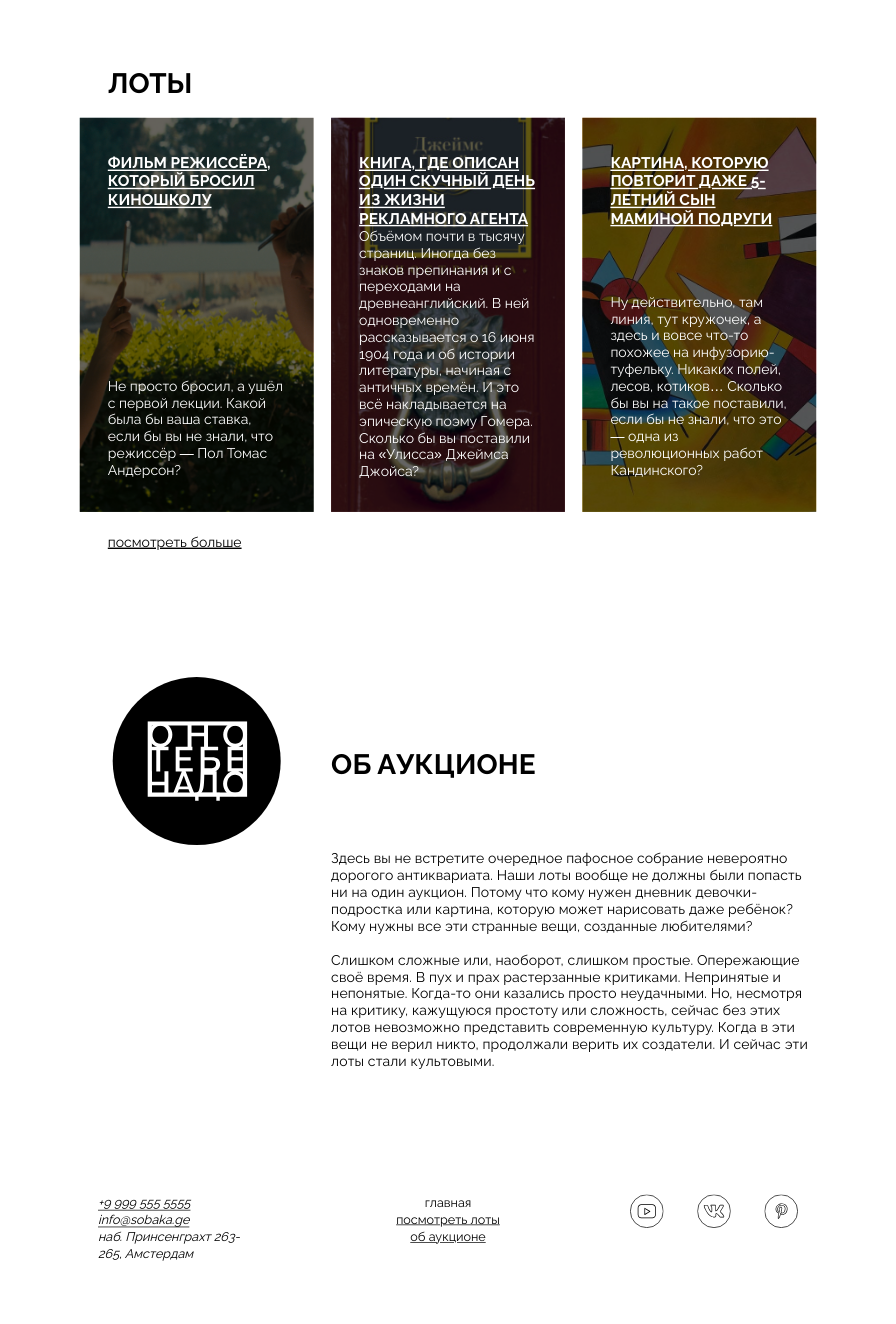
Repository: Smoyki/ono-tebe-nado
Page: index.html
These files come from the project's save history. The page is drawn as it stood at one moment and after a run of saves; the edit follows.
The browser window is 1280 px wide. The pictures show the part of the page from y = 1135 to 3055 px (the page is 3027 px tall before and 3055 px after), at 70% of full size.

Above is the page before, as saved 2024-04-18 15:50:12.

### index.html
<!DOCTYPE html>
<html lang="ru">
  <head>
    <meta charset="UTF-8" />
    <meta http-equiv="X-UA-Compatible" content="IE=edge" />
    <meta name="viewport" content="width=device-width, initial-scale=1.0" />
    <title>Оно тебе надо — аукцион вещей, в которые никто не верил!</title>
    <link rel="stylesheet" href="./fonts/fonts.css" />
    <link rel="stylesheet" href="./styles/global.css" />
    <link rel="stylesheet" href="./styles/style.css" />
  </head>
  <body>
    <div class="wrapper">
      <header class="header">
        <nav class="header__menu">
          <ul class="header__links-list">
            <li class="header__links-list-item_no-bullit">
              <a class="header__link header__link_active" href="#">главная</a>
            </li>
            <li class="header__links-list-item">
              <a class="header__link header__link_active" href="#"
                >посмотреть лоты</a
              >
            </li>
            <li class="header__links-list-item">
              <a class="header__link header__link_active" href="#"
                >об аукционе</a
              >
            </li>
          </ul>
        </nav>
        <a class="header__logo"
          ><img
            alt="Логотип"
            class="header__logo-image"
            src="./images/logo-black.svg"
        /></a>
        <address class="address header__address">
          <a class="address__item" href="tel:+99995555555">+9 999 555 5555</a>
          <a class="address__item" href="mailto:info@sobaka.ge"
            >info@sobaka.ge</a
          >
          <p class="address__address-text">
            наб. Принсенграхт 263-<br />265, Амстердам
          </p>
        </address>
      </header>
      <main class="main_sections">
        <section class="cover content-section">
          <div class="overlay"></div>
          <h1 class="cover__title">
            <span class="aligned-text"
              >о<span class="letter-spacing-extended">но</span></span
            >
            <span class="aligned-text aligned-text_center"
              >те<span class="letter-spacing-extended">бе</span></span
            >
            <span class="aligned-text aligned-text_right"
              ><span class="letter-spacing-extended">н</span>ад<span
                class="remove-spacing"
                >о</span
              ></span
            >
          </h1>
          <div class="cover__description">
            <p class="cover__description-text">
              Аукцион вещей, в которые никто не верил
            </p>
            <button class="bet-button">Сделать ставку</button>
          </div>
        </section>
        <section class="lots">
          <h2 class="lots__heading">Лоты</h2>
          <ul class="lots__card-list">
            <li class="lots__card-list-item">
              <a class="card-link" href="#0">
                <article class="card card_type_film">
                  <div class="overlay">
                    <h3 class="card__title">
                      Фильм режиссёра, который бросил киношколу
                    </h3>
                    <p class="card__text">
                      Не просто бросил, а ушёл с первой лекции. Какой была бы
                      ваша ставка, если бы вы не знали, что режиссёр — Пол Томас
                      Андерсон?
                    </p>
                  </div>
                </article>
              </a>
            </li>
            <li class="lots__card-list-item">
              <a class="card-link" href="#0">
                <article class="card card_type_book">
                  <div class="overlay">
                    <h3 class="card__title">
                      Книга, где описан один скучный день из жизни рекламного
                      агента
                    </h3>
                    <p class="card__text">
                      Объёмом почти в тысячу страниц. Иногда без знаков
                      препинания и с переходами на древнеанглийский. В ней
                      одновременно рассказывается о 16 июня 1904 года и об
                      истории литературы, начиная с античных времён. И это всё
                      накладывается на эпическую поэму Гомера. Сколько бы вы
                      поставили на «Улисса» Джеймса Джойса?
                    </p>
                  </div>
                </article>
              </a>
            </li>
            <li class="lots__card-list-item">
              <a class="card-link" href="#0">
                <article class="card card_type_picture">
                  <div class="overlay">
                    <h3 class="card__title">
                      Картина, которую повторит даже 5-летний сын маминой
                      подруги
                    </h3>
                    <p class="card__text">
                      Ну действительно, там линия, тут кружочек, а здесь и вовсе
                      что-то похожее на инфузорию-туфельку. Никаких полей,
                      лесов, котиков… Сколько бы вы на такое поставили, если бы
                      не знали, что это — одна из революционных работ
                      Кандинского?
                    </p>
                  </div>
                </article>
              </a>
            </li>
          </ul>
          <a class="lots__look-more-link text-link" href="#0"
            >посмотреть больше</a
          >
        </section>
        <section class="about content-section">
          <div class="logo__container">
            <div class="about__logo">
              <img
                class="about__logo-image"
                src="./images/logo-white.svg"
                alt="Логотип проекта"
              />
            </div>
          </div>
          <div class="second__column__text">
            <div class="about__column_text">
              <h2 class="about__title">Об аукционе</h2>
              <div class="about__text">
                <p>
                  Здесь вы не встретите очередное пафосное собрание невероятно
                  дорогого антиквариата. Наши лоты вообще не должны были попасть
                  ни на один аукцион. Потому что кому нужен дневник
                  девочки-подростка или картина, которую может нарисовать даже
                  ребёнок? Кому нужны все эти странные вещи, созданные
                  любителями?
                </p>
                <p>
                  Слишком сложные или, наоборот, слишком простые. Опережающие
                  своё время. В пух и прах растерзанные критиками. Непринятые и
                  непонятые. Когда-то они казались просто неудачными. Но,
                  несмотря на критику, кажущуюся простоту или сложность, сейчас
                  без этих лотов невозможно представить современную культуру.
                  Когда в эти вещи не верил никто, продолжали верить их
                  создатели. И сейчас эти лоты стали культовыми.
                </p>
              </div>
            </div>
          </div>
        </section>
      </main>
      <footer class="footer">
        <address class="address_footer">
          <a class="address__item" href="tel:+99995555555">+9 999 555 5555</a>
          <a class="address__item" href="mailto:info@sobaka.ge"
            >info@sobaka.ge</a
          >
          <p class="foother_address__address-text">
            наб. Принсенграхт 263-<br />265, Амстердам
          </p>
        </address>
        <ul class="footer__menu-list">
          <li class="footer__menu-list-item">
            <a class="footer__menu-link active" href="#">главная</a>
          </li>
          <li class="footer__menu-list-item">
            <a class="footer__menu-link" href="#">посмотреть лоты</a>
          </li>
          <li class="footer__menu-list-item">
            <a class="footer__menu-link" href="#">об аукционе</a>
          </li>
        </ul>
        <ul class="footer__social-list">
          <li class="footer__social-list-item">
            <a class="footer__social-link" href="#"
              ><img
                class="footer__social-icon"
                src="./images/yt.svg"
                alt="Иконка"
            /></a>
          </li>
          <li class="footer__social-list-item">
            <a class="footer__social-link" href="#"
              ><img
                class="footer__social-icon"
                src="./images/vk.svg"
                alt="Иконка"
            /></a>
          </li>
          <li class="footer__social-list-item">
            <a class="footer__social-link" href="#"
              ><img
                class="footer__social-icon"
                src="./images/pinterest.svg"
                alt="Иконка"
            /></a>
          </li>
        </ul>
      </footer>
    </div>
  </body>
</html>

### styles/style.css
.main_sections {
  flex-direction: column;
  display: flex;
}

.content-section {
  margin: auto 0;
  width: 100%;
}

.header {
  max-width: 1052px;
  margin: auto;
  padding: 92px 24px 92px 19px;
  display: grid;
  grid-template-columns: 2fr 1fr 2fr;
  justify-content: space-around;
  justify-items: center;
  align-items: center;
}

.header__links-list {
  display: flex;
  flex-direction: row;
  gap: 34px;
  list-style: none;
  font-size: 18px;
  line-height: 21px;
}

.header__menu {
  max-width: 392px;
}

.header__links-list-item {
  list-style: circle;
  text-decoration: underline;
}

.header__links-list-item_no-bullit {
  list-style: none;
}

.header__link {
  font-size: 18px;
  text-decoration:underline;
}

.header__link_active {
  text-decoration:none;
}

.header__logo {
  display:block;
  justify-self: center;
  align-self: center;
  width: fit-content;
  height: fit-content;
}

.header__logo-image {
  width: 148px;
  height: 105px;
  margin: auto;
}

.address {
  max-width: 241px;
  display: flex;
  flex-direction: column;
  font-size: 18px;
  font-style: normal;
  justify-self: end;
  line-height: 135%;
  padding: 0px 38px 0px 0px;
}


.header__address {
  display: flex;
  justify-self: end;
}

.address__item {
  display: flex;
  text-underline-position: under;
}

.cover {
  position: relative;
  padding: 0px 0px 0px 0px;
  background-image: url(../images/cover.jpg);
  background-position:center;
  background-repeat: no-repeat;
  max-width:1100px;
  background-size: cover;
  height: 100%;
  padding: 165px 50px 51px 50px;
}

.overlay {
  position: absolute;
  top: 0;
  left: 0;
  z-index: 1;
  width: 100%;
  height: 100%;
  background: rgba(0, 0, 0, 0.6);
}

.cover__title {
  position: relative;
  z-index: 1;
  line-height: 1.15;
  letter-spacing: 30px;
  text-transform: uppercase;
  display: flex;
  flex-direction: column;
  gap: 20px;
  color: #FFF;
  font-weight: bold;
  font-size: 100px;

}

.aligned-text {
  display: block;
}

.aligned-text_center {
  line-height: 1;
  text-align: center;
}

.aligned-text_right {
  line-height: 1;
  text-align: right;
}

.letter-spacing-extended {
  letter-spacing: 60px;
}

.remove-spacing {
  letter-spacing: normal;
}

.cover__description {
  position: relative;
  z-index: 1;
  display: flex;
  justify-content: flex-end;
  align-items: center;
  gap: 79px;
  padding: 135px 0px 0px 0px;
}

.cover__description-text {
  color: #FFF;
  font-size: 22px;
  line-height: 1.27;
  text-transform: uppercase;
  word-spacing: 18px;
}

.bet-button {
  border: 1px #FFF solid;
  padding: 12px 32px;
  color: #FFF;
  font-family: 'Raleway', sans-serif;
  font-weight: normal;
  font-size: 22px;
  line-height: 26px;
  text-transform: uppercase;
  background-color: transparent;
  cursor: pointer;
}

.bet-button:hover {
  color: #000000;
  background-color: #FFF;
}


.lots {
  padding:179px 24px 146px 24px;
 }

 .lots__heading {
  text-transform: uppercase;
  font-size: 40px;
  padding: 0px 891px 27px 40px;
  line-height: 47px;
  font-weight: 700;
  max-width: 563px;
}

.lots__card-list {
  display: flex;
  gap: 25px;
  list-style: none;
  flex-wrap: wrap;
}

.lots__card-list-item {
  flex-grow:1;
  width: max-content;
}

.card_link {
  display: block;
  height: 100%;
  text-decoration: none;
}

.card {
  display: block;
  position: relative;
  max-width:334px;
  min-height:563px;
  background-repeat: no-repeat;
  background-size: cover;
  background-position: center;
}

.card__title {
  font-size: 22px;
  line-height: 120%;
  text-decoration-line: underline;
  text-transform: uppercase;
  font-family: "Raleway", sans-serif;
  font-style: normal;
  font-weight: 700;
  color: #FFFFFF;
  z-index: 1;
}

.card__text {
  font-family: "Raleway", sans-serif;
  font-style: normal;
  font-weight: 400;
  font-size: 20px;
  line-height: 120%;
  color: #FFFFFF;
  z-index: 1;
}

.card_type_film {
  background-image: url(../images/card-lot-01.jpg);
}

.card_type_book {
  background-image: url(../images/card-lot-02.jpg);

}

.card_type_picture {
  background-image: url(../images/card-lot-03.jpg);
}

.lots .overlay {
  display: flex;
  position: absolute;
  top: 0;
  left: 0;
  z-index: 0;
  width: 100%;
  height: 100%;
  background: rgba(0, 0, 0, 0.6);
  padding: 51px 40px 48px 40px;
  flex-direction: column;
  justify-content: space-between;
  text-align: left;
}

.lots__look-more-link {
  display: block;
  padding: 32px 820px 0px 40px;
  font-style: normal;
  font-weight: 400;
  font-size: 20px;
  line-height: 23px;
  color: rgba(0, 0, 0);
}


/* Тут начало секции about */
.about {
  display:  grid;
  grid-template-columns: 287px auto;
  padding:0px 0px 0px 24px;
  min-height: 595px;
  max-width: 1052px;
  column-gap:72px;
}

.about__column_text {
  padding-top:135px;
  display: flex;
  height: fit-content;
  font-family: "Raleway", sans-serif;
  font-style: normal;
  font-weight: 400;
  font-size: 20px;
  line-height: 24px;
  letter-spacing: 0.01em;
  flex-direction: column;
  gap:100px;
  min-width: 693px;
}

.about__logo {
  display: flex;
  justify-content: center;
  align-items: center;
  border-radius: 50%;
  background-color: #000000;
  width: 240px;
  height: 240px;
}

.logo__container {
  display: block;
  position: relative;
  padding:35px 0px 0px 47px;
  width:fit-content;
  height:fit-content;
}

.about__logo-image {
  width: 148px;
  height: 114px;
}

.about__title {
  /* padding: 3px 0px 100px 0px; */
  font-weight: bold;
  font-size: 40px;
  line-height: 47px;
  text-transform: uppercase;
}

.about__text {
  display: flex;
  flex-direction:column;
  gap: 25px;
}

.about__text p:nth-child(1) {
 letter-spacing: 0.01rem;
}


.footer {
  display: flex;
  justify-content: space-between;
  padding: 179px 50px 88px 50px;
  gap:25px;
}

.footer__social-icon {
  width: 48px;
  height: 48px;
}

.address_footer {
  display: flex;
  flex-direction:column;
  width: 240px;

}

.footer__menu-list {
  display: flex;
  flex-direction: column;
  align-items: center;
  font-size: 18px;
  line-height: 24.3px;
  width: 150px;
  height: fit-content;
}

.foother__links-list {
  display:flex;
  flex-direction:column;
}

.footer__social-list-item {
  list-style: none;
  font-family: "Raleway", sans-serif;
  line-height: 21.13px;
}

.footer__menu-list-item {
  list-style: none;
  font-family: "Raleway", sans-serif;
}

.footer__menu-link.active {
  text-decoration:none;

}

.footer__menu-link {
  font-size: 18px;
  line-height: 21.1px;
  font-family: "Raleway", sans-serif;
}

.footer__social-list {
  display:flex;
  gap: 48px;
  list-style: none;
}

.footer .address__item {
  font-size: 18px;
  line-height: 24.3px;
  font-family: "Raleway", sans-serif;
}

.foother_address__address-text {
  font-size: 18px;
  line-height: 24.3px;
  font-family: "Raleway", sans-serif;
}

Loaded but not shown: fonts/fonts.css (common file); styles/global.css (common file)

After the next 3 saves:
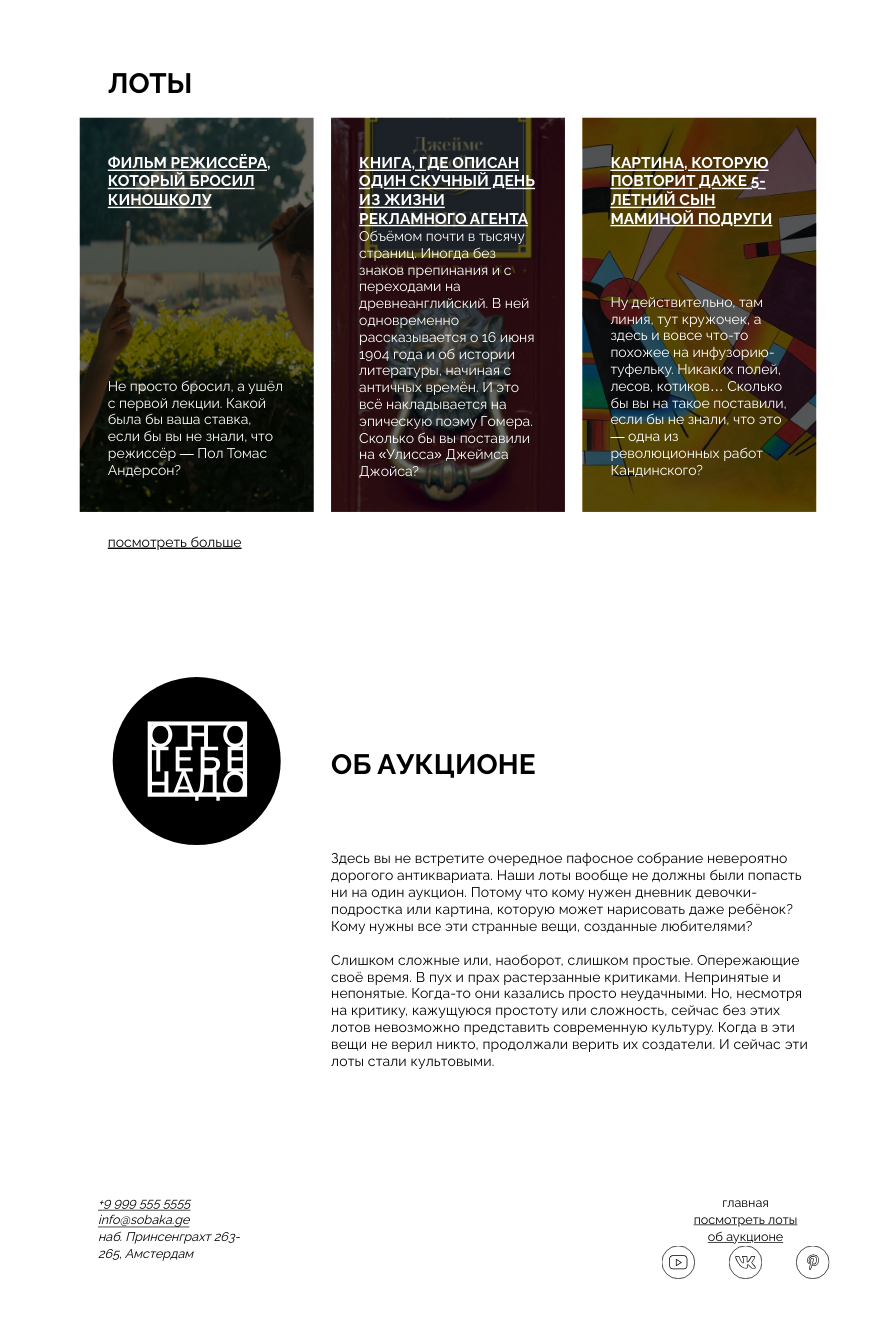
The 3 saves are shown as one change because they came seconds apart.
The last was saved 56 s later.
--- a/index.html
+++ b/index.html
@@ -178,6 +178,7 @@
             наб. Принсенграхт 263-<br />265, Амстердам
           </p>
         </address>
+        <nav
         <ul class="footer__menu-list">
           <li class="footer__menu-list-item">
             <a class="footer__menu-link active" href="#">главная</a>
